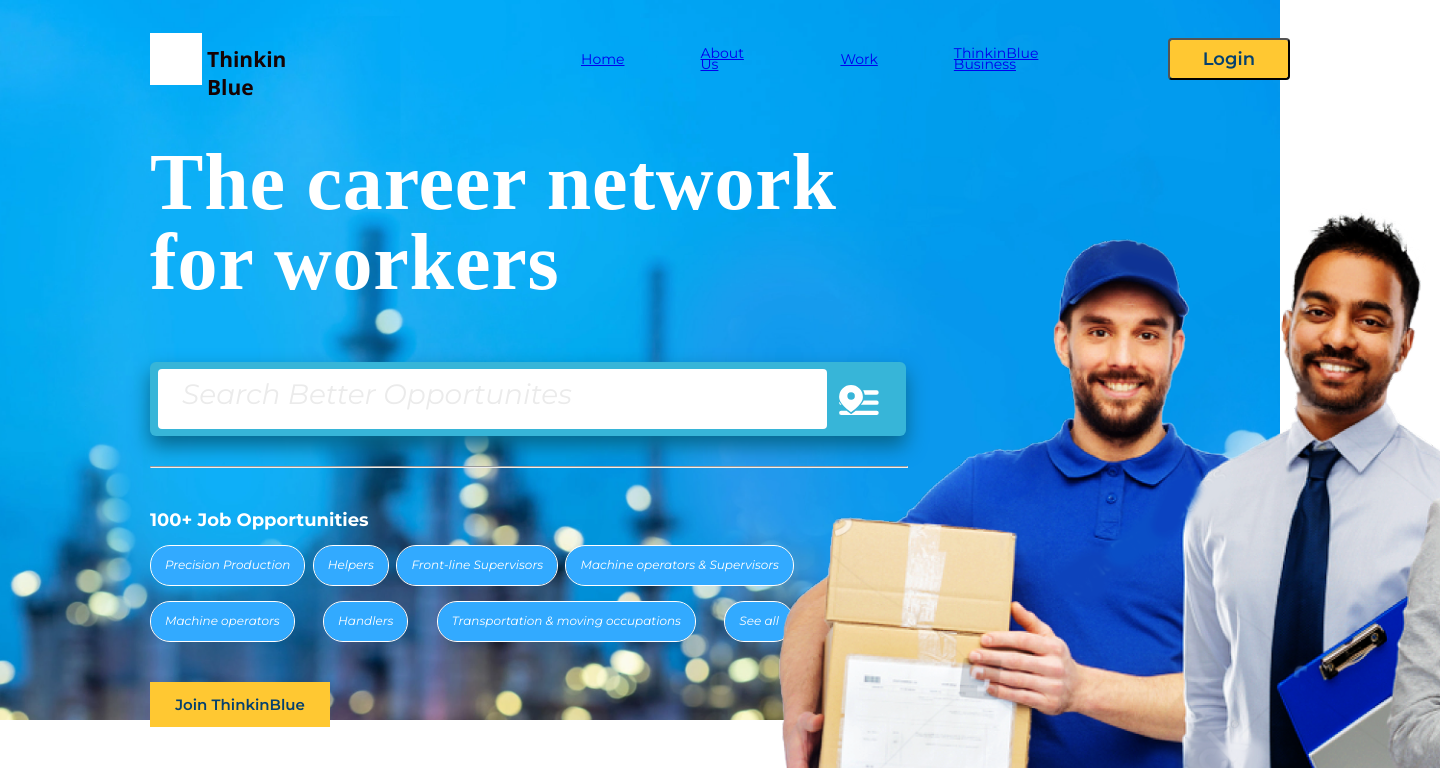
Repository: shekharyadav638/OSL_Assignment_1
Page: index.html
These files come from the project's save history. The page is drawn as it stood at one moment and after the next save; the edit follows.
The browser window is 1280 px wide. The page is 1440 px wide, so the pictures cover 1440 px, including what lies to the right of the window. The pictures show the whole page.
The style sheet was rebuilt from its Sass, Less or Tailwind sources for each picture, by a compiler version that may differ from the author's.

Above is the page before, as saved 2024-07-13 14:52:05.

### index.html
<!DOCTYPE html PUBLIC "-//W3C//DTD HTML 4.01 Transitional//EN" "http://www.w3.org/TR/html4/loose.dtd">
<html>
  <head>
    <meta http-equiv="Content-Type" content="text/html; charset=ISO-8859-1" />
    <title>Assignment 1</title>
    <link rel="stylesheet" href="style.css" />
    <link rel="preconnect" href="https://fonts.googleapis.com" />
    <link rel="preconnect" href="https://fonts.gstatic.com" crossorigin />
    <link
      href="https://fonts.googleapis.com/css2?family=Montserrat:ital,wght@0,100..900;1,100..900&display=swap"
      rel="stylesheet"
    />
  </head>
  <body>
    <header>
      <div class="header">
        <div class="header_left">
          <div class="header_left_logo"></div>
          <span class="header_left_title">Thinkin Blue</span>
        </div>
        <div class="header_right">
          <ul class="header_right_list">
            <li class="header_right_list_item">
              <a href="#">Home</a>
            </li>
            <li class="header_right_list_item"><a href="#">About Us</a></li>
            <li class="header_right_list_item"><a href="#">Work</a></li>
            <li class="header_right_list_item">
              <a href="#">ThinkinBlue Business</a>
            </li>
          </ul>
          <button class="header_right_btn">Login</button>
        </div>
      </div>
    </header>
    <section class="banner">
      <div class="banner_left">
       <p class="banner_left_text">The career network <br> for workers</p>
       <div class="banner_left_input">
        <input type="text" placeholder="Search Better Opportunites" class="banner_left_input_box"></input>
        <img src="img/location.svg" alt="location-icon" class="banner_left_input_icon">
       </div>
       <div class="banner_left_categories">
        <hr>
        <div class="banner_left_categories_title">100+ Job Opportunities</div>
        <div class="banner_left_categories_list">
          <div class="banner_left_categories_list_above">
            <div class="banner_left_categories_list_above_item"> Precision Production</div>
            <div class="banner_left_categories_list_above_item"> Helpers</div>
            <div class="banner_left_categories_list_above_item"> Front-line Supervisors</div>
            <div class="banner_left_categories_list_above_item"> Machine operators & Supervisors</div>
          </div>
          <div class="banner_left_categories_list_below">
            <div class="banner_left_categories_list_below_item"> Machine operators</div>
            <div class="banner_left_categories_list_below_item"> Handlers</div>
            <div class="banner_left_categories_list_below_item"> Transportation & moving occupations</div>
            <div class="banner_left_categories_list_below_item"> See all</div>
          </div>
        </div>
        <div >
          <button class="banner_left_categories_button">Join ThinkinBlue</button>
        </div>
       </div>
      </div>
      <div class="banner_right">
        <img src="img/banner_right.png" alt="banner_right" class="banner_right_img"></img>
      </div>
    </section>
  </body>
</html>

### style.scss
* {
  margin: 0;
  padding: 0;
}
.body {
  width: 1440px;
  opacity: 1;
  overflow-x: hidden;
}

@import "header";
@import "banner";

### header.scss
.header {
  background: transparent;
  position: fixed;
  display: flex;
  align-content: center;
  width: 1140px;
  height: 86px;
  opacity: 1;
  margin: 16px 150px;
  &_left {
    align-items: center;
    display: flex;
    opacity: 1;

    &_logo {
      width: 52px;
      height: 52px;
      background: #ffffff 0% 0% no-repeat padding-box;
      opacity: 1;
    }

    &_title {
      padding-left: 5px;
      text-align: left;
      font: normal normal bold 21px/28px Segoe UI;
      width: 113px;
      height: 28px;
      letter-spacing: 0px;
      color: #150303;
      opacity: 1;
    }
  }

  &_right {
    margin-left: 261px;
    align-items: center;
    display: flex;
    gap: 66px;
    &_list {
      list-style: none;
      display: flex;
      gap: 76px;
      align-items: center;

      &_item {
        text-align: left;
        font: normal normal normal 14px/11px Montserrat;
        letter-spacing: 0px;
        padding: 17px 0;
        color: #ffffff;
        opacity: 1;
      }
    }
    &_btn {
      background: #ffc832 0% 0% no-repeat padding-box;
      border-radius: 4px;
      opacity: 1;
      padding: 8px 33px;
      text-align: left;
      font: normal normal 600 18px Montserrat;
      letter-spacing: 0px;
      color: #05416e;
      opacity: 1;
    }
  }
}

.banner {
  &_img {
    width: 100%;
    height: 100%;
    background-position: center;
  }
}

### _banner.scss
.banner {
  background-image: url(img/banner.png);
  width: 100%;
  height: 100vh;
  background-size: cover;
  background-position: center;
  background-repeat: no-repeat;
  display: flex;

  &_left {
    align-content: center;
    margin-left: 150px;
    &_text {
      text-align: left;
      font: normal normal bold 80px/80px Adobe Caslon Pro;
      letter-spacing: 0.8px;
      color: #ffffff;
      opacity: 1;
    }

    &_input {
      display: flex;
      align-items: center;
      margin-top: 60px;
      width: 756px;
      height: 74px;
      background: #37b5d8 0% 0% no-repeat padding-box;
      box-shadow: 0px 10px 20px #07668b;
      border-radius: 6px;

      ::placeholder {
        font: italic normal normal 28px/36px Montserrat;
        letter-spacing: 0px;
        color: #ebebeb;
        opacity: 1;
        padding-top: 13px;
        padding-bottom: 13px;
        align-content: center;
        padding-left: 24px;
      }

      &_box {
        background: #ffffff 0% 0% no-repeat padding-box;
        border-radius: 4px;
        margin-left: 8px;
        border: none;
        opacity: 1;
        width: 669px;
        height: 60px;
      }
    }

    &_categories {
      width: 717px;
      height: 112px;
      & hr {
        margin-top: 30px;
        margin-bottom: 40px;
        color: #37b5d8;
        width: 756px;
      }
      &_title {
        width: 250px;
        height: 22px;
        text-align: left;
        font: normal normal bold 18px/24px Montserrat;
        letter-spacing: 0px;
        color: #ffffff;
        opacity: 1;
      }

      &_list {
        margin-top: 15px;
        margin-right: 73px;
        &_above {
          display: flex;
          justify-content: space-between;
          &_item {
            background: #32aaff 0% 0% no-repeat padding-box;
            border: 1px solid #ffffff;
            border-radius: 20px;
            opacity: 0.8;
            height: 15 px;
            padding-left: 14px;
            padding-right: 14px;
            padding-top: 7px;
            padding-bottom: 8px;
            text-align: left;
            font: italic normal normal 12px/24px Montserrat;
            letter-spacing: 0px;
            color: #ffffff;
            opacity: 1;
          }
        }
        &_below {
          margin-top: 15px;
          display: flex;
          justify-content: space-between;
          &_item {
            background: #32aaff 0% 0% no-repeat padding-box;
            border: 1px solid #ffffff;
            border-radius: 20px;
            opacity: 0.8;
            height: 15 px;
            padding-left: 14px;
            padding-right: 14px;
            padding-top: 7px;
            padding-bottom: 8px;
            text-align: left;
            font: italic normal normal 12px/24px Montserrat;
            letter-spacing: 0px;
            color: #ffffff;
            opacity: 1;
          }
        }
      }

      &_button {
        margin-top: 40px;
        width: 180px;
        height: 45px;
        background: #ffc832 0% 0% no-repeat padding-box;
        border: none;
        padding: 13px 21px;
        opacity: 1;
        font: normal normal 600 15px/15px Montserrat;
        letter-spacing: 0px;
        color: #05416e;
        opacity: 1;
      }
    }
  }

  &_right {
    &_img {
      position: absolute;
      top: 0;
      left: 650px;
      margin-top: 140px;
    }
  }
}

After the next save:
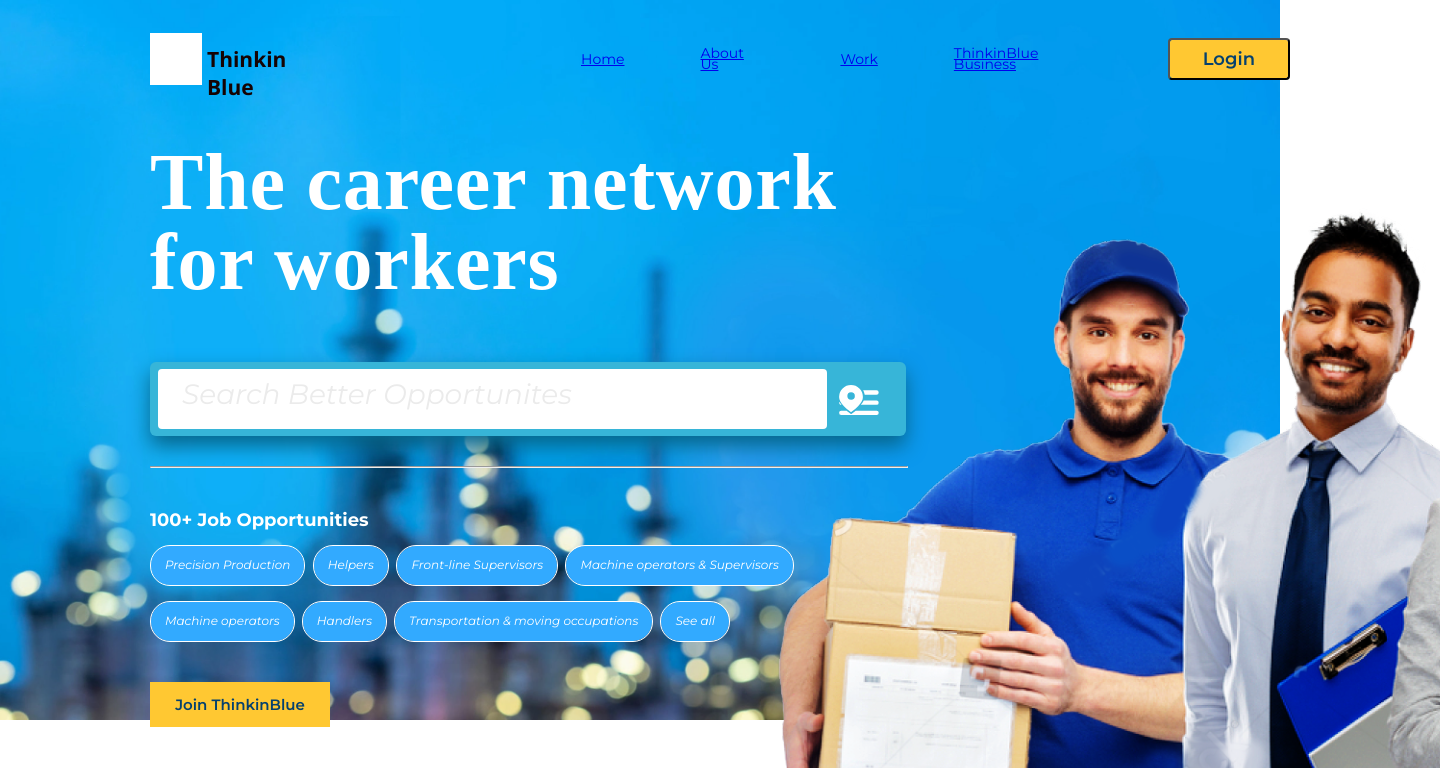
Saved 88 s later.
--- a/_banner.scss
+++ b/_banner.scss
@@ -94,6 +94,7 @@
         }
         &_below {
           margin-top: 15px;
+          margin-right: 64px;
           display: flex;
           justify-content: space-between;
           &_item {
